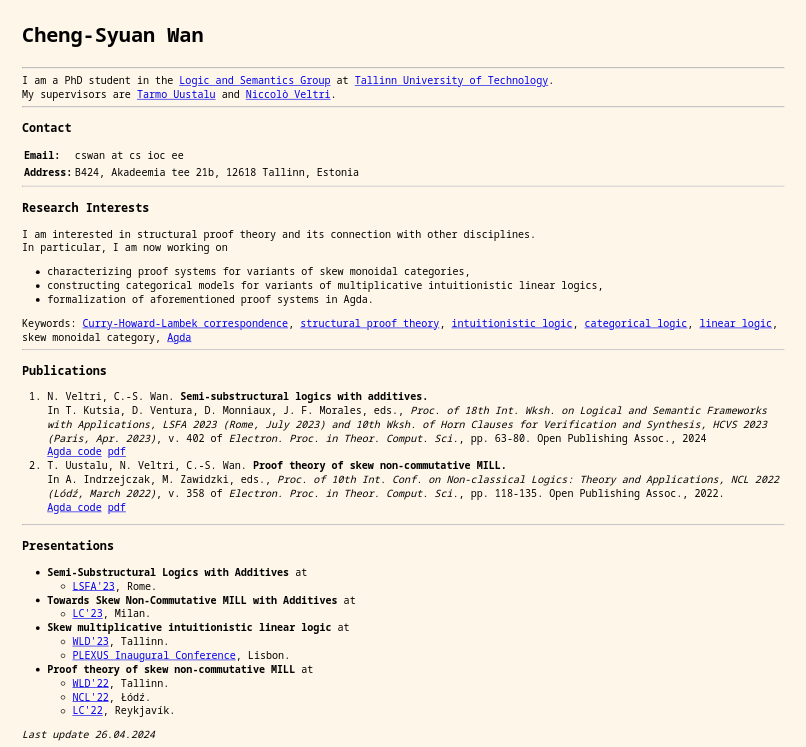
Repository: cswphilo/cswphilo.github.io
Page: index.html
An editor plug-in stored every save of this project. The page is shown before and after the next save, followed by the edit.
The browser window is 1280 px wide. The pictures show the whole page, at 63% of full size.

Above is the page before, as saved 2024-04-26 15:20:12.

### index.html
<!DOCTYPE html>

<head>
    <link rel="preconnect" href="https://fonts.googleapis.com">
    <link rel="preconnect" href="https://fonts.gstatic.com" crossorigin>
    <link href="https://fonts.googleapis.com/css2?family=Noto+Sans+Mono&display=swap" rel="stylesheet">
    <style type ="text/css">
        body {
            background-color: #fef6e9;
            font-family: 'Noto Sans Mono', 'Gill Sans', 'Gill Sans MT', Calibri, 'Trebuchet MS', sans-serif;
            font-size: medium;
            margin-left: 35px;
            margin-right: 35px;
        }
        p {
            color:#000000;
        }
    </style>
    <title> Cheng-Syuan Wan </title>
</head>
<body>
    <div><h1><p>Cheng-Syuan Wan</p></h1>
        <!-- <img src="avatar.jpg" style="width:16%;height:16%; margin-left: 140px;"> -->
    </div>
    <hr/>
    <div>
        I am a PhD student in the <a href="https://cs.ioc.ee/lsg/">Logic and Semantics Group</a> at <a href="https://taltech.ee/en/">Tallinn University of Technology</a>.
        <br/>
        My supervisors are <a href="https://cs.ioc.ee/~tarmo/">Tarmo Uustalu</a> and <a href="https://niccoloveltri.github.io/">Niccolò Veltri</a>.
    </div>
    <hr/>
    <div>
        <h3>Contact</h3>
        <table>
            <tr>
                <td><b>Email: </b></td> <td> cswan at cs ioc ee </td>
            </tr>
            <tr>
                <td><b>Address: </b></td> <td>B424, Akadeemia tee 21b, 12618 Tallinn, Estonia</td>
            </tr>
        </table>
    </div>
    <hr/>
    <div>
        <h3>Research Interests</h3>
        I am interested in structural proof theory and its connection with other disciplines.
        <br/>
        In particular, I am now working on
        <ul>
            <li>characterizing proof systems for variants of skew monoidal categories, </li>
            <li>constructing categorical models for variants of multiplicative intuitionistic linear logics, </li>
            <li>formalization of aforementioned proof systems in Agda.</li>
        </ul>
Keywords: <a href="https://en.wikipedia.org/wiki/Curry%E2%80%93Howard_correspondence">Curry-Howard-Lambek correspondence</a>, <a href="https://plato.stanford.edu/entries/proof-theory/#NewLogiCalc">structural proof theory</a>, <a href="https://plato.stanford.edu/entries/logic-intuitionistic/">intuitionistic logic</a>, <a href="https://en.wikipedia.org/wiki/Categorical_logic">categorical logic</a>, <a href="https://plato.stanford.edu/entries/logic-linear/">linear logic</a>, skew monoidal category, <a href="https://agda.readthedocs.io/en/v2.6.2.2/getting-started/what-is-agda.html">Agda</a>
    </div>
    <hr/>
    <div>
        <h3>Publications</h3>
    <ol>
        <li>N. Veltri, C.-S. Wan. <strong>Semi-substructural logics with additives.</strong> <br />
            In T. Kutsia, D. Ventura, D. Monniaux, J. F. Morales, eds., <em>Proc. of 18th Int. Wksh. on Logical and Semantic Frameworks with Applications, LSFA 2023 (Rome, July 2023) and 10th Wksh. of Horn Clauses for Verification and Synthesis, HCVS 2023 (Paris, Apr. 2023)</em>, v. 402 of <em>Electron. Proc. in Theor. Comput. Sci.</em>, pp. 63-80. Open Publishing Assoc., 2024 <br />
            <a href="https://github.com/cswphilo/SkewMonAdd">Agda code</a> <a href="https://cgi.cse.unsw.edu.au/~eptcs/paper.cgi?LSFA2023.8.pdf">pdf</a>
            </li>
        <li>T. Uustalu, N. Veltri, C.-S. Wan. <strong>Proof theory of skew non-commutative MILL.</strong> <br />
            In A. Indrzejczak, M. Zawidzki, eds., <em>Proc. of 10th Int. Conf. on Non-classical Logics: Theory and Applications, NCL 2022 (Lódź, March 2022)</em>, v. 358 of <em>Electron. Proc. in Theor. Comput. Sci.</em>, pp. 118-135. Open Publishing Assoc., 2022. <br />
            <a href="https://github.com/niccoloveltri/code-skewmonclosed">Agda code</a> <a href="https://arxiv.org/abs/2204.06727v1">pdf</a>
            </li>
    </ol>
    </div>
    <hr/>
    <div>
        <h3 id="presentations">Presentations</h3>
        <ul>
           <li><strong>Semi-Substructural Logics with Additives</strong> at
                <ul>
                    <li><a href="https://sites.google.com/ufg.br/lsfa2023/">LSFA'23</a>, Rome. </li>
                </ul>
           <li><strong>Towards Skew Non-Commutative MILL with Additives</strong> at
            <ul>
                <li><a href="https://lc2023.unimi.it/">LC'23</a>, Milan. </li>
            </ul>
           <li><strong>Skew multiplicative intuitionistic linear logic</strong> at
            <ul>
                <li><a href="https://cs.ioc.ee/lsg/wld23/">WLD'23</a>, Tallinn. </li>
                <li><a href="https://cful.letras.ulisboa.pt/lancog/events/plexus-inaugural-conference-24-27-may-2023/">PLEXUS Inaugural Conference</a>, Lisbon. </li>
            </ul>
           </li>
           <li><strong>Proof theory of skew non-commutative MILL</strong> at
            <ul>
                <li><a href="https://cs.ioc.ee/lsg/wld22/">WLD'22</a>, Tallinn. </li>
                <li><a href="https://easychair.org/smart-program/NCL'22/">NCL'22</a>, Łódź. </li>
                <li><a href="http://icetcs.ru.is/lc2022/">LC'22</a>, Reykjavík. </li>
            </ul>
        </li>
        </ul>
    </div>
    <address>
        Last update 26.04.2024
    </address>
</body>

After the next save:
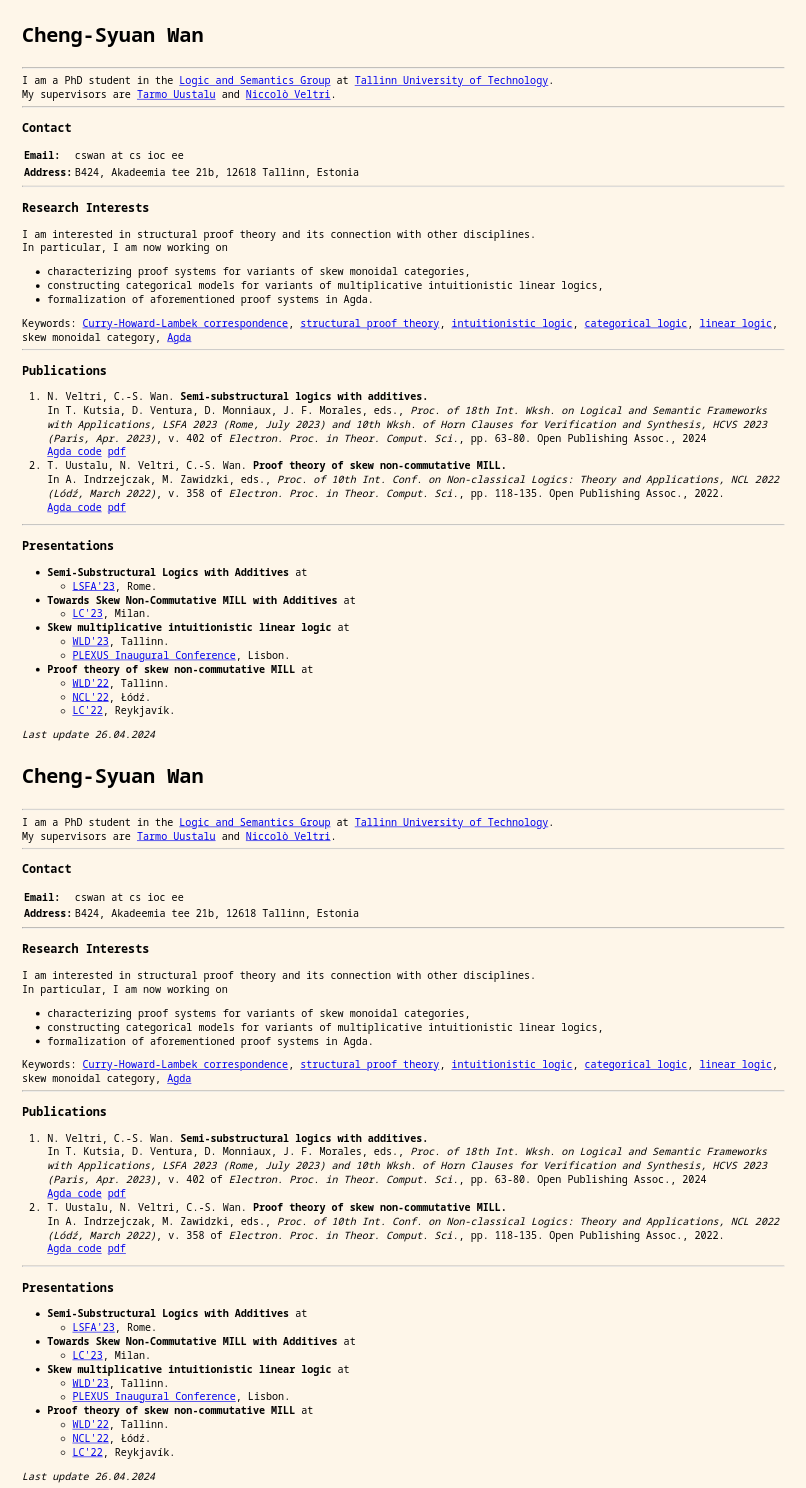
Saved 2 days later.
--- a/index.html
+++ b/index.html
@@ -57,6 +57,106 @@
     <div>
         <h3>Publications</h3>
     <ol>
+        <li>N. Veltri, C.-S. Wan. <b>Semi-substructural logics with additives.</b> <br />
+            In T. Kutsia, D. Ventura, D. Monniaux, J. F. Morales, eds., <em>Proc. of 18th Int. Wksh. on Logical and Semantic Frameworks with Applications, LSFA 2023 (Rome, July 2023) and 10th Wksh. of Horn Clauses for Verification and Synthesis, HCVS 2023 (Paris, Apr. 2023)</em>, v. 402 of <em>Electron. Proc. in Theor. Comput. Sci.</em>, pp. 63-80. Open Publishing Assoc., 2024 <br />
+            <a href="https://github.com/cswphilo/SkewMonAdd">Agda code</a> <a href="https://cgi.cse.unsw.edu.au/~eptcs/paper.cgi?LSFA2023.8.pdf">pdf</a>
+            </li>
+        <li>T. Uustalu, N. Veltri, C.-S. Wan. <b>Proof theory of skew non-commutative MILL.</b> <br />
+            In A. Indrzejczak, M. Zawidzki, eds., <em>Proc. of 10th Int. Conf. on Non-classical Logics: Theory and Applications, NCL 2022 (Lódź, March 2022)</em>, v. 358 of <em>Electron. Proc. in Theor. Comput. Sci.</em>, pp. 118-135. Open Publishing Assoc., 2022. <br />
+            <a href="https://github.com/niccoloveltri/code-skewmonclosed">Agda code</a> <a href="https://arxiv.org/abs/2204.06727v1">pdf</a>
+            </li>
+    </ol>
+    </div>
+    <hr/>
+    <div>
+        <h3 id="presentations">Presentations</h3>
+        <ul>
+           <li><b>Semi-Substructural Logics with Additives</b> at
+                <ul>
+                    <li><a href="https://sites.google.com/ufg.br/lsfa2023/">LSFA'23</a>, Rome. </li>
+                </ul>
+           <li><b>Towards Skew Non-Commutative MILL with Additives</b> at
+            <ul>
+                <li><a href="https://lc2023.unimi.it/">LC'23</a>, Milan. </li>
+            </ul>
+           <li><b>Skew multiplicative intuitionistic linear logic</b> at
+            <ul>
+                <li><a href="https://cs.ioc.ee/lsg/wld23/">WLD'23</a>, Tallinn. </li>
+                <li><a href="https://cful.letras.ulisboa.pt/lancog/events/plexus-inaugural-conference-24-27-may-2023/">PLEXUS Inaugural Conference</a>, Lisbon. </li>
+            </ul>
+           </li>
+           <li><b>Proof theory of skew non-commutative MILL</b> at
+            <ul>
+                <li><a href="https://cs.ioc.ee/lsg/wld22/">WLD'22</a>, Tallinn. </li>
+                <li><a href="https://easychair.org/smart-program/NCL'22/">NCL'22</a>, Łódź. </li>
+                <li><a href="http://icetcs.ru.is/lc2022/">LC'22</a>, Reykjavík. </li>
+            </ul>
+        </li>
+        </ul>
+    </div>
+    <address>
+        Last update 26.04.2024
+    </address>
+</body>
+<!DOCTYPE html>
+
+<head>
+    <link rel="preconnect" href="https://fonts.googleapis.com">
+    <link rel="preconnect" href="https://fonts.gstatic.com" crossorigin>
+    <link href="https://fonts.googleapis.com/css2?family=Noto+Sans+Mono&display=swap" rel="stylesheet">
+    <style type ="text/css">
+        body {
+            background-color: #fef6e9;
+            font-family: 'Noto Sans Mono', 'Gill Sans', 'Gill Sans MT', Calibri, 'Trebuchet MS', sans-serif;
+            font-size: medium;
+            margin-left: 35px;
+            margin-right: 35px;
+        }
+        p {
+            color:#000000;
+        }
+    </style>
+    <title> Cheng-Syuan Wan </title>
+</head>
+<body>
+    <div><h1><p>Cheng-Syuan Wan</p></h1>
+        <!-- <img src="avatar.jpg" style="width:16%;height:16%; margin-left: 140px;"> -->
+    </div>
+    <hr/>
+    <div>
+        I am a PhD student in the <a href="https://cs.ioc.ee/lsg/">Logic and Semantics Group</a> at <a href="https://taltech.ee/en/">Tallinn University of Technology</a>.
+        <br/>
+        My supervisors are <a href="https://cs.ioc.ee/~tarmo/">Tarmo Uustalu</a> and <a href="https://niccoloveltri.github.io/">Niccolò Veltri</a>.
+    </div>
+    <hr/>
+    <div>
+        <h3>Contact</h3>
+        <table>
+            <tr>
+                <td><b>Email: </b></td> <td> cswan at cs ioc ee </td>
+            </tr>
+            <tr>
+                <td><b>Address: </b></td> <td>B424, Akadeemia tee 21b, 12618 Tallinn, Estonia</td>
+            </tr>
+        </table>
+    </div>
+    <hr/>
+    <div>
+        <h3>Research Interests</h3>
+        I am interested in structural proof theory and its connection with other disciplines.
+        <br/>
+        In particular, I am now working on
+        <ul>
+            <li>characterizing proof systems for variants of skew monoidal categories, </li>
+            <li>constructing categorical models for variants of multiplicative intuitionistic linear logics, </li>
+            <li>formalization of aforementioned proof systems in Agda.</li>
+        </ul>
+Keywords: <a href="https://en.wikipedia.org/wiki/Curry%E2%80%93Howard_correspondence">Curry-Howard-Lambek correspondence</a>, <a href="https://plato.stanford.edu/entries/proof-theory/#NewLogiCalc">structural proof theory</a>, <a href="https://plato.stanford.edu/entries/logic-intuitionistic/">intuitionistic logic</a>, <a href="https://en.wikipedia.org/wiki/Categorical_logic">categorical logic</a>, <a href="https://plato.stanford.edu/entries/logic-linear/">linear logic</a>, skew monoidal category, <a href="https://agda.readthedocs.io/en/v2.6.2.2/getting-started/what-is-agda.html">Agda</a>
+    </div>
+    <hr/>
+    <div>
+        <h3>Publications</h3>
+    <ol>
         <li>N. Veltri, C.-S. Wan. <strong>Semi-substructural logics with additives.</strong> <br />
             In T. Kutsia, D. Ventura, D. Monniaux, J. F. Morales, eds., <em>Proc. of 18th Int. Wksh. on Logical and Semantic Frameworks with Applications, LSFA 2023 (Rome, July 2023) and 10th Wksh. of Horn Clauses for Verification and Synthesis, HCVS 2023 (Paris, Apr. 2023)</em>, v. 402 of <em>Electron. Proc. in Theor. Comput. Sci.</em>, pp. 63-80. Open Publishing Assoc., 2024 <br />
             <a href="https://github.com/cswphilo/SkewMonAdd">Agda code</a> <a href="https://cgi.cse.unsw.edu.au/~eptcs/paper.cgi?LSFA2023.8.pdf">pdf</a>
